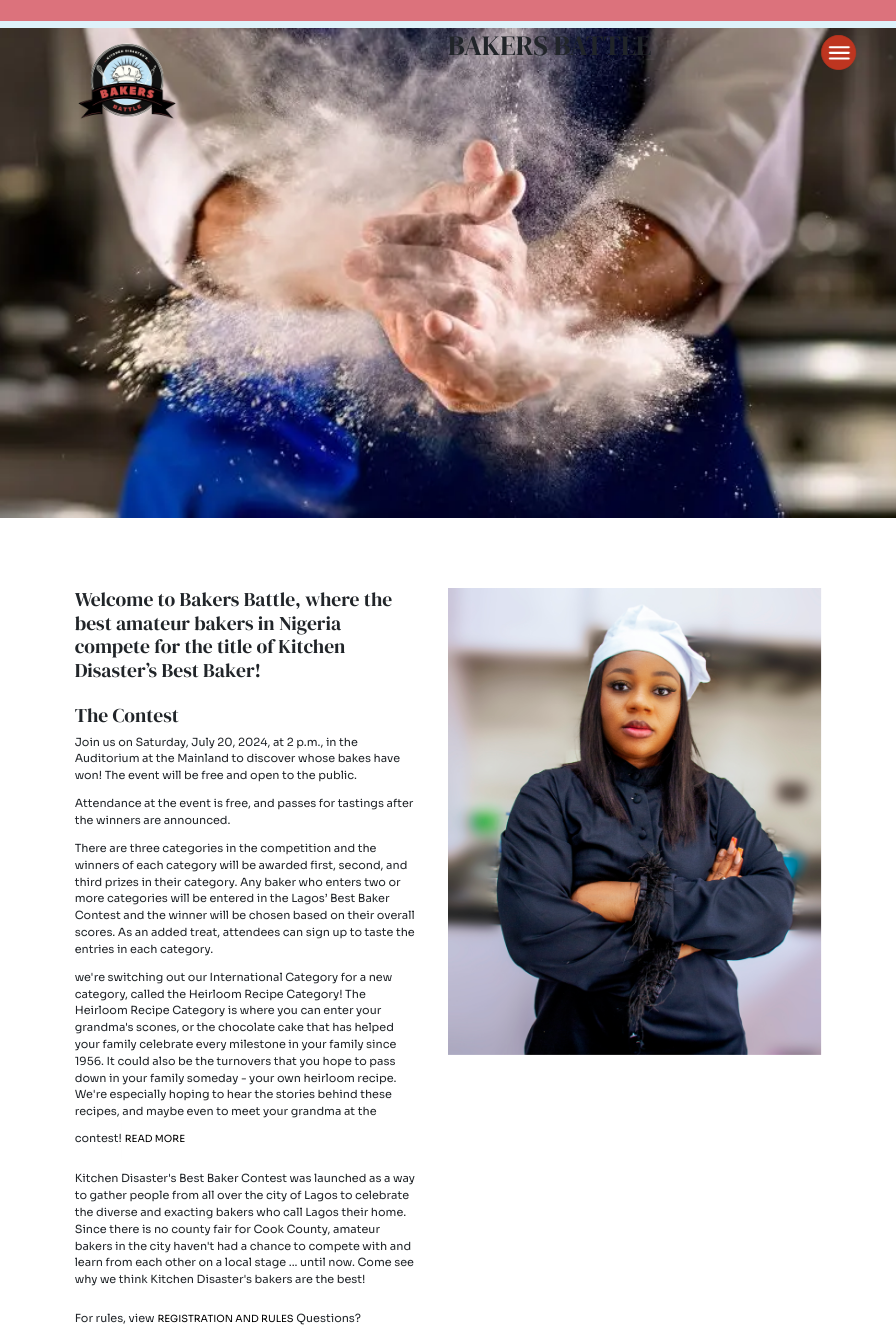
Repository: sarahnnanyelugo/bakers-battle
Page: /
These files come from the project's save history. The page is drawn as it stood at one moment and after the next save; the edit follows.
The browser window is 1280 px wide. The pictures show the part of the page from y = 0 to 1920 px (the page is 3792 px tall), at 70% of full size.
The project was rebuilt for these pictures with package versions that can differ from the ones it lists, and the page was loaded fresh each time. Also part of the build but not shown: src/components/ScreenSlide/slide.scss, src/components/ScreenSlide/ScreenSlide.js, src/components/Title.js, src/components/FAQAccord/faq-accord.scss, src/components/FAQAccord/FAQAccord.js, src/pages/FAQ/faq.scss, src/pages/FAQ/FAQ.js, src/pages/Registration/registration.scss and 9 more.

Above is the page before, as saved 2024-07-17 09:40:00.

### src/App.js
import logo from "./logo.svg";
import "./App.scss";
import "bootstrap/dist/css/bootstrap.min.css";
import { BrowserRouter, Routes, Route, Link, Outlet } from "react-router-dom";
import { Home } from "./pages/Home/Home";
import { Navbar } from "./components/Navbar/Navbar";
import { Footer } from "./components/Footer/Footer";
import { FAQ } from "./pages/FAQ/FAQ";
import { Registration } from "./pages/Registration/Registration";
import { Contact } from "./pages/ContactPage/Contact";
import { Sponsors } from "./pages/Sponsors/Sponsors";
import ScrollToTop from "./scrollToTop";
import About from "./pages/About/About";
function App() {
  return (
    <>
      <ScrollToTop />
      <Navbar />
      <Routes>
        <Route path="/" element={<Home />} />{" "}
        <Route path="/faq" element={<FAQ />} />{" "}
        <Route path="/registration" element={<Registration />} />{" "}
        <Route path="/contact" element={<Contact />} />{" "}
        <Route path="/sponsors" element={<Sponsors />} />{" "}
        <Route path="/about" element={<About />} />{" "}
      </Routes>
      <Footer />
    </>
  );
}

export default App;

### src/App.scss
.app-btn {
  color: #fff;
  background: #dc727c;
  padding: 5px 30px;
  border-radius: 10px;
  border: solid 4px #dc727c;
  font-size: 30px;
  &:hover {
    color: #dc727c;
    background: #fff;
    transition: 0.5s ease;
  }
}

.button-92 {
  --c: #fff;

  background: linear-gradient(90deg, #0000 33%, #fff5, #0000 67%)
      var(--_p, 100%) / 300% no-repeat,
    #dc727c;

  color: #0000;
  border: none;
  transform: perspective(500px) rotateY(calc(20deg * var(--_i, -1)));
  text-shadow: calc(var(--_i, -1) * 0.08em) -0.01em 0 var(--c),
    calc(var(--_i, -1) * -0.08em) 0.01em 2px #0004;
  outline-offset: 0.1em;
  transition: 0.3s;
}

.button-92:hover,
.button-92:focus-visible {
  --_p: 0%;
  --_i: 1;
}

.button-92:active {
  text-shadow: none;
  color: var(--c);
  box-shadow: inset 0 0 9e9Q #0005;
  transition: 0s;
}

.button-92 {
  font-weight: bold;
  font-size: 2rem;
  margin: 0;
  cursor: pointer;
  padding: 0.1em 0.3em;
}

.button-48 {
  appearance: none;
  background-color: #ffffff;
  border-width: 0;
  box-sizing: border-box;
  color: #000000;
  cursor: pointer;
  display: inline-block;
  font-size: 14px;
  font-weight: 500;
  letter-spacing: 0;
  line-height: 1em;
  margin: 0;
  opacity: 1;
  outline: 0;
  padding: 1.5em 4px;
  position: relative;
  text-align: center;
  text-decoration: none;
  text-rendering: geometricprecision;
  text-transform: uppercase;
  transition: opacity 300ms cubic-bezier(0.694, 0, 0.335, 1),
    background-color 100ms cubic-bezier(0.694, 0, 0.335, 1),
    color 100ms cubic-bezier(0.694, 0, 0.335, 1);
  user-select: none;
  -webkit-user-select: none;
  touch-action: manipulation;
  vertical-align: baseline;
  white-space: nowrap;
}

.button-48:before {
  animation: opacityFallbackOut 0.5s step-end forwards;
  backface-visibility: hidden;
  background-color: #ebebeb;
  clip-path: polygon(-1% 0, 0 0, -25% 100%, -1% 100%);
  content: "";
  height: 100%;
  left: 0;
  position: absolute;
  top: 0;
  transform: translateZ(0);
  transition: clip-path 0.5s cubic-bezier(0.165, 0.84, 0.44, 1),
    -webkit-clip-path 0.5s cubic-bezier(0.165, 0.84, 0.44, 1);
  width: 100%;
}

.button-48:hover:before {
  animation: opacityFallbackIn 0s step-start forwards;
  clip-path: polygon(0 0, 101% 0, 101% 101%, 0 101%);
}

.button-48:after {
  background-color: #ffffff;
}

.button-48 span {
  z-index: 1;
  position: relative;
}
@font-face {
  font-family: SoraM;
  src: url(./assets/fonts/sora/Sora-Medium.ttf);
}
@font-face {
  font-family: nick;
  src: url(./assets/fonts/nick/Nickainley-Normal.ttf);
}
@font-face {
  font-family: SoraB;
  src: url(./assets/fonts/sora/Sora-Bold.ttf);
}
@font-face {
  font-family: SoraEB;
  src: url(./assets/fonts/sora/Sora-ExtraBold.ttf);
}
@font-face {
  font-family: SoraR;
  src: url(./assets/fonts/sora/Sora-Regular.ttf);
}
@font-face {
  font-family: SoraSB;
  src: url(./assets/fonts/sora/Sora-SemiBold.ttf);
}
@font-face {
  font-family: SoraL;
  src: url(./assets/fonts/sora/Sora-Light.ttf);
}
@font-face {
  font-family: SerifR;
  src: url(./assets/fonts/serif/DMSerifDisplay-Regular.ttf);
}
@font-face {
  font-family: SerifI;
  src: url(./assets/fonts/serif/DMSerifDisplay-Italic.ttf);
}
h1,
h2,
h3,
h4,
h5,
h6 {
  font-family: SerifR;
}

p,
li,
a,
small {
  font-family: SoraR;
}
button {
  font-family: SoraSB;
}
.mobile-padding {
  @media screen and (max-width: 820px) {
    padding-right: 7px;
    padding-left: 7px;
  }
}

### src/components/Navbar/Navbar.js
import React, { useEffect, useState } from "react";
import "./navbar.scss";
import Logo from "../../assets/images/logo2.png";
import Flier from "../../assets/images/flier2.jpeg";
import { Link } from "react-router-dom";
import { Title } from "../Title";
export const Navbar = () => {
  const [isMenuOpen, setIsMenuOpen] = useState(false);
  const toggleMenu = () => {
    setIsMenuOpen(!isMenuOpen);
  };

  // Step 2: Create a function to handle checkbox changes
  const handleCheckboxChange = (event) => {
    setIsMenuOpen(event.target.checked);
  };

  // Step 3: Use useEffect to track checkbox status changes
  useEffect(() => {
    // Code to run when isMenuOpen changes
    console.log(`Checkbox is now ${isMenuOpen ? "checked" : "unchecked"}`);
  }, [isMenuOpen]); // Dependency array contains isMenuOpen

  // Function to close menu
  const closeMenu = () => {
    setIsMenuOpen(false);
  };
  return (
    <>
      <div style={{ height: "30px", background: "#DC727C" }} />
      <div style={{ height: "10px", background: "#DEF2FA" }} />

      <main>
        <div
          className="col-md-2 offset-md-1"
          style={{ position: "relative", zIndex: 220 }}
        >
          {" "}
          <Link to={"/"}>
            <img className="img2" src={Logo} alt="Scholar" width="70%" />
          </Link>
        </div>
        <center>
          <h1 style={{ color: " black", fontSize: "90px" }}></h1>
        </center>

        <input
          type="checkbox"
          id="myInput"
          checked={isMenuOpen}
          onChange={handleCheckboxChange}
        />
        <label for="myInput" className="offset-md-11 tog">
          <span class="bar top"></span>
          <span class="bar middle"></span>
          <span class="bar bottom"></span>
        </label>

        <aside>
          <div class="aside-section aside-left col-md-4">
            <div class="aside-content">
              <img
                className="img col-md-12 offset-md-"
                src={Flier}
                alt="Scholar"
                width="100%"
              />
            </div>
          </div>
          <div class="aside-section aside-right col-md-8 ">
            <div className="col-md-4 offset-md-4">
              {" "}
              <ul class="aside-list ">
                <li>
                  <Link to={"/"} class="aside-anchor" onClick={closeMenu}>
                    HOME
                  </Link>
                </li>
                <li>
                  <Link to={"/about"} class="aside-anchor" onClick={closeMenu}>
                    ABOUT
                  </Link>
                </li>
                <li>
                  <Link to={"/faq"} class="aside-anchor" onClick={closeMenu}>
                    FAQs
                  </Link>
                </li>
                <li onClick={closeMenu}>
                  <Link to={"/sponsors"} class="aside-anchor">
                    SPONSORS
                  </Link>
                </li>{" "}
                <li onClick={closeMenu}>
                  <Link to={"/contact"} class="aside-anchor">
                    CONTACT
                  </Link>
                </li>
                <li onClick={closeMenu}>
                  <Link to={"/registration"} class="aside-anchor">
                    REGISTER
                  </Link>
                </li>
              </ul>
            </div>
          </div>
        </aside>
      </main>
    </>
  );
};

### src/components/Footer/Footer.js
import React from "react";
import "./footer.scss";
import Logo from "../../assets/images/logo2.png";
import { Link } from "react-router-dom";
import { FaFacebook } from "react-icons/fa";
import { AiFillInstagram } from "react-icons/ai";
import { IoLogoYoutube } from "react-icons/io";
import { IoLogoWhatsapp } from "react-icons/io";
import { AiFillTwitterCircle } from "react-icons/ai";

export const Footer = () => {
  return (
    <footer>
      <center>
        <div className="col-md-3">
          <img className="img2" src={Logo} alt="Scholar" width="75%" />
        </div>
      </center>{" "}
      <div className="d-md-flex col-md-10 offset-md-1 mobile-padding">
        <div className="col-md-5">
          <h4>About Us</h4>
          <p>
            Kitchen Disaster's Best Baker Contest was launched as a way to
            gather people from all over the city of Lagos to celebrate the
            diverse and exacting bakers who call Lagos their home. This is an
            ample oppotunity for bakers in the city to compete with and learn
            from each other on a local stage ... until now. Come see why we
            think Kitchen Disaster's bakers are the best!
          </p>
        </div>
        <div className="col-md-2 offset-md-4">
          <h4>Quick Links</h4>
          <ul>
            <li>
              <Link to={"/"}>FAQs</Link>
            </li>{" "}
            <li>
              <Link to={"/"}>Contact us</Link>
            </li>{" "}
            <li>
              <Link to={"/"}>Register</Link>
            </li>{" "}
          </ul>
        </div>
      </div>
      <center>
        <h4>Follow us on:</h4>
        <ul className="list-inline media-links">
          <li className="list-inline-item">
            <Link to={"/"}>
              <FaFacebook style={{ fontSize: "50px" }} />
            </Link>
          </li>{" "}
          <li className="list-inline-item">
            <Link to={"/"}>
              <AiFillInstagram style={{ fontSize: "50px" }} />
            </Link>
          </li>{" "}
          <li className="list-inline-item">
            <Link to={"/"}>
              <AiFillTwitterCircle style={{ fontSize: "50px" }} />
            </Link>
          </li>{" "}
          <li className="list-inline-item">
            <Link to={"/"}>
              <IoLogoYoutube style={{ fontSize: "50px" }} />
            </Link>
          </li>{" "}
          <li className="list-inline-item">
            <Link to={"/"}>
              <IoLogoWhatsapp style={{ fontSize: "50px" }} />
            </Link>
          </li>
        </ul>
      </center>
    </footer>
  );
};

### src/pages/Home/home.scss
.home-div {
  height: 700px;
  //   background: url("../../assets/images/landing.webp");
  background: url("../../assets/images/baker.webp");
  margin-top: -800px;
  background-size: cover;
  background-repeat: no-repeat;
  background-position: center;
  padding-top: 80px h1 {
    font-family: nick;
    color: #c0e3f6;
    font-size: 80px;
    font-weight: bold;
  }
}
.about-div {
  margin-top: 100px;
}

.sponsors-div {
  margin-top: 80px;
  padding-top: 30px;
  padding-bottom: 30px;
  background: rgb(255, 255, 255);
  background: linear-gradient(
    180deg,
    rgba(255, 255, 255, 1) 5%,
    rgba(221, 221, 221, 1) 31%
  );
  .sponsors {
    padding-top: 10px;
    margin-top: 45px;
    height: 180px;
    background: #fff;
    background: linear-gradient(90deg, #0000 33%, #fff5, #0000 67%)
        var(--_p, 100%) / 300% no-repeat,
      #fff;
    transform: perspective(500px) rotateY(calc(20deg * var(--_i, -1)));
    text-shadow: calc(var(--_i, -1) * 0.08em) -0.01em 0 var(--c),
      calc(var(--_i, -1) * -0.08em) 0.01em 2px #0004;
    outline-offset: 0.1em;
    transition: all 0.5s;
    &:hover {
      --_p: 0%;
      --_i: 1;
    }
  }
}

### src/components/Navbar/navbar.scss
main {
  height: 800px;
  position: relative;
  overflow: hidden;
}

.aside-section {
  top: 0;
  bottom: 0;
  position: absolute;
}

.aside-left {
  display: none;
  width: 40%;
  left: 0;
  background: #dc727c;

  -webkit-transform: translateY(-100%);
  -moz-transform: translateY(-100%);
  -ms-transform: translateY(-100%);
  -o-transform: translateY(-100%);
  transform: translateY(-100%);
  transition: transform 0.9s ease-in-out;
}

.aside-right {
  width: 100%;
  right: 0;
  background-color: #def2fa;
  -webkit-transform: translateX(100%);
  -moz-transform: translateX(100%);
  -ms-transform: translateX(100%);
  -o-transform: translateX(100%);
  transform: translateX(100%);
  transition: transform 0.9s ease-in-out;
}

.aside-list {
  list-style: none;
  padding: 0;
  margin: 0;
  margin-top: 150px;
  text-align: left;
  padding-left: 50px;
}

.aside-content {
  //   margin-top: 150px;
  padding: 0 40px;
  position: relative;
  color: white;
  text-align: center;
}

.aside-list li {
  margin-bottom: 20px;
}

.aside-anchor::after {
  content: "";
  position: absolute;
  bottom: 0;
  background-color: #ff5964;
  left: 0;
  right: 0;
  height: 6px;
  border-radius: 6px;
}

.aside-anchor::before {
  border-radius: 3px;
  content: "";
  position: absolute;
  bottom: 0;
  background-color: rgb(9, 1, 1);
  left: 0;
  height: 6px;
  z-index: 1;
  width: 50%;
  -webkit-transition: transform 0.2s ease-in-out;
  -o-transition: transform 0.2s ease-in-out;
  transition: transform 0.2s ease-in-out;
}

.aside-anchor:hover:before {
  -webkit-transform: translateX(100%);
  -moz-transform: translateX(100%);
  -ms-transform: translateX(100%);
  -o-transform: translateX(100%);
  transform: translateX(100%);
}

.aside-anchor {
  padding-bottom: 7px;
  color: rgb(14, 14, 14);
  text-decoration: none;
  font-size: 30px;
  position: relative;
  font-weight: 500;
}

input[type="checkbox"] {
  display: none;
}

input[type="checkbox"]:checked ~ aside .aside-left {
  transform: translateY(0%);
}

input[type="checkbox"]:checked ~ aside .aside-right {
  transform: translateX(0%);
}

input[type="checkbox"]:checked ~ label .bar {
  background-color: #fff;
}

input[type="checkbox"]:checked ~ label .top {
  -webkit-transform: translateY(0px) rotateZ(45deg);
  -moz-transform: translateY(0px) rotateZ(45deg);
  -ms-transform: translateY(0px) rotateZ(45deg);
  -o-transform: translateY(0px) rotateZ(45deg);
  transform: translateY(0px) rotateZ(45deg);
}

input[type="checkbox"]:checked ~ label .bottom {
  -webkit-transform: translateY(-15px) rotateZ(-45deg);
  -moz-transform: translateY(-15px) rotateZ(-45deg);
  -ms-transform: translateY(-15px) rotateZ(-45deg);
  -o-transform: translateY(-15px) rotateZ(-45deg);
  transform: translateY(-15px) rotateZ(-45deg);
}

input[type="checkbox"]:checked ~ label .middle {
  width: 0;
}

.middle {
  margin: 0 auto;
}

label {
  top: 40px;
  display: inline-block;
  padding: 10px 10px;
  background-color: transparent;
  cursor: pointer;
  margin: 10px;
  z-index: 3;
  position: fixed;
}

.bar {
  display: block;
  background-color: #fff;
  width: 30px;
  height: 3px;
  border-radius: 5px;
  margin: 5px auto;
  transition: background-color 0.4s ease-in, transform 0.4s ease-in,
    width 0.4s ease-in;
}

@media (min-width: 992px) {
  h1 {
    font-size: 40px;
  }
  .aside-left {
    display: block;
  }

  .aside-right {
    width: 60%;
  }
}
.tog {
  height: 50px;
  width: 50px;
  border: solid 1px #be3520;
  background: #be3520;
  border-radius: 50%;
  // position: fixed;
  // z-index: 230;
}
.img2 {
}

### src/components/Footer/footer.scss
footer {
  background: #def2fa;
  //   padding-top: 30px;
  padding-bottom: 20px;
  margin-top: 190px;
  img {
    margin-top: -130px;
  }
  a {
    color: #000;
    text-decoration: none;
    font-size: 18px;
    &:hover {
      color: #dc727c;
    }
  }
}
.media-links {
  li {
    font-size: 50px !important;
  }
}

Loaded but not shown: public/index.html (common file); src/index.js (common file); src/index.css (common file); src/reportWebVitals.js (common file); src/scrollToTop.js (common file); src/pages/Home/Home.js (302 lines, source omitted)

After the next save:
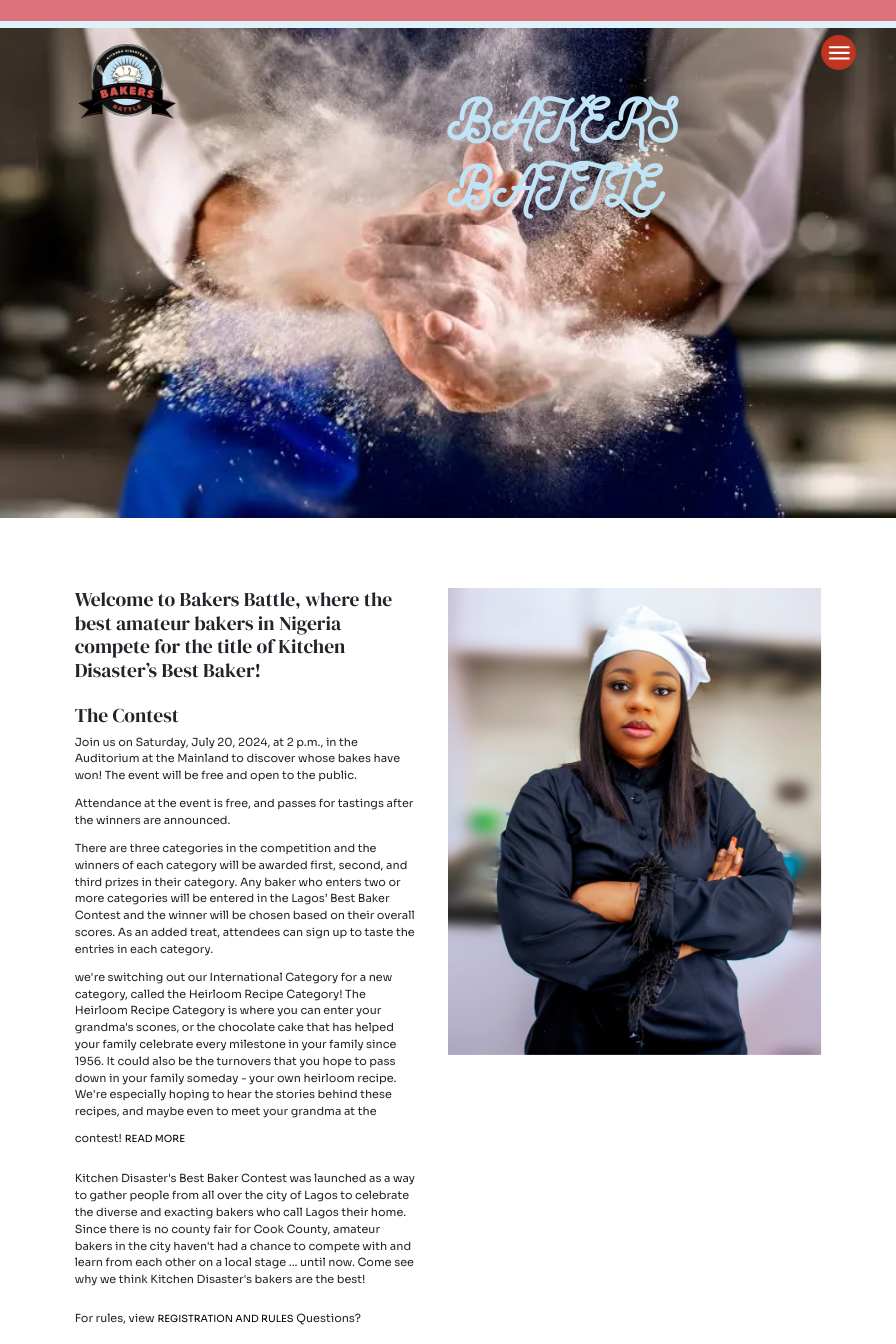
Saved 5 s later.
--- a/src/pages/Home/home.scss
+++ b/src/pages/Home/home.scss
@@ -6,7 +6,8 @@
   background-size: cover;
   background-repeat: no-repeat;
   background-position: center;
-  padding-top: 80px h1 {
+  padding-top: 80px;
+  h1 {
     font-family: nick;
     color: #c0e3f6;
     font-size: 80px;
